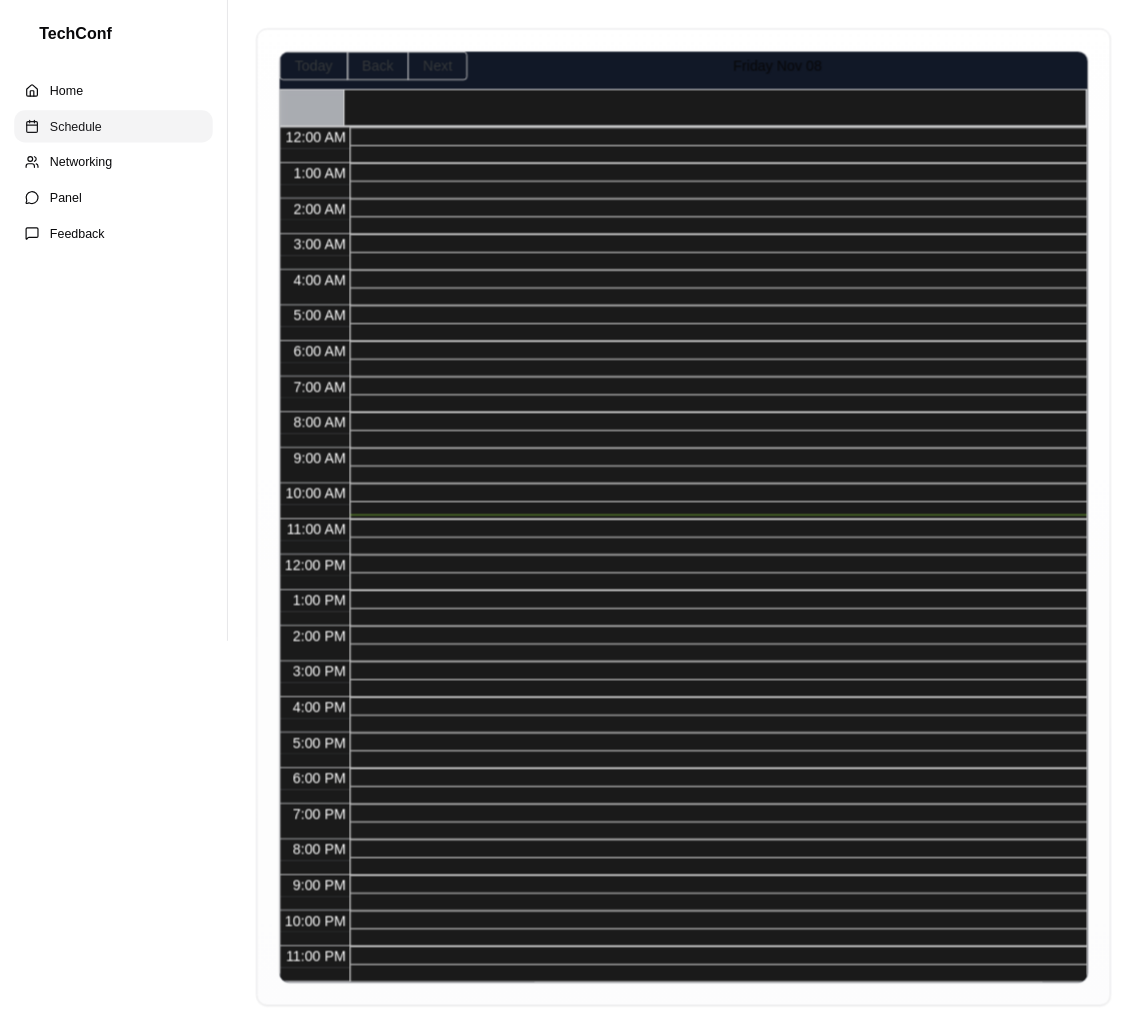
Repository: mrnavdal/symposium-2024
Page: /schedule (app in symposium24/)
The author's editor kept a copy of each file at every save. The page is drawn from the files as they stood at one save, then again after the next save.
The browser window is 1280 px wide. The pictures show the whole page, at 89% of full size.
The project was rebuilt for these pictures with package versions that can differ from the ones it lists, and the page was loaded fresh each time. The framework's server and built-in components were replaced by stand-ins that run in the browser. Also part of the build but not shown: symposium24/next.config.ts.

Above is the page before, as saved 2024-11-08 13:31:54.

After the next save:
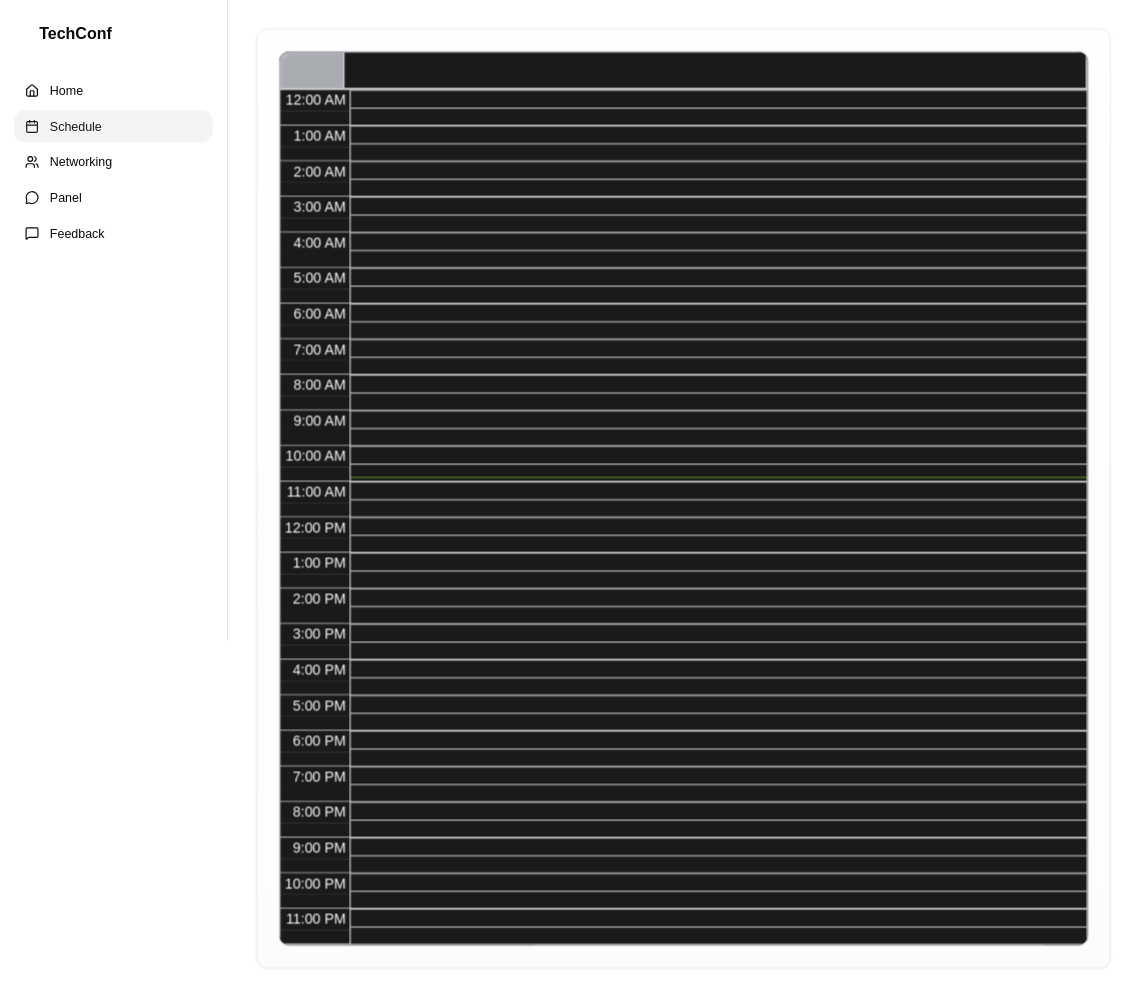
Saved 82 s later.
--- a/symposium24/src/components/Calendar.tsx
+++ b/symposium24/src/components/Calendar.tsx
@@ -65,7 +65,8 @@ export function Calendar({ events }: CalendarProps) {
         backgroundColor: theme === 'dark' ? '#1a1a1a' : '#1a1a1a',
         color: '#fff'
       }
-    })
+    }),
+    toolbar: false // This will hide the toolbar which contains the date display
   }), [events, theme])
 
   return <BigCalendar {...calendarProps} />
